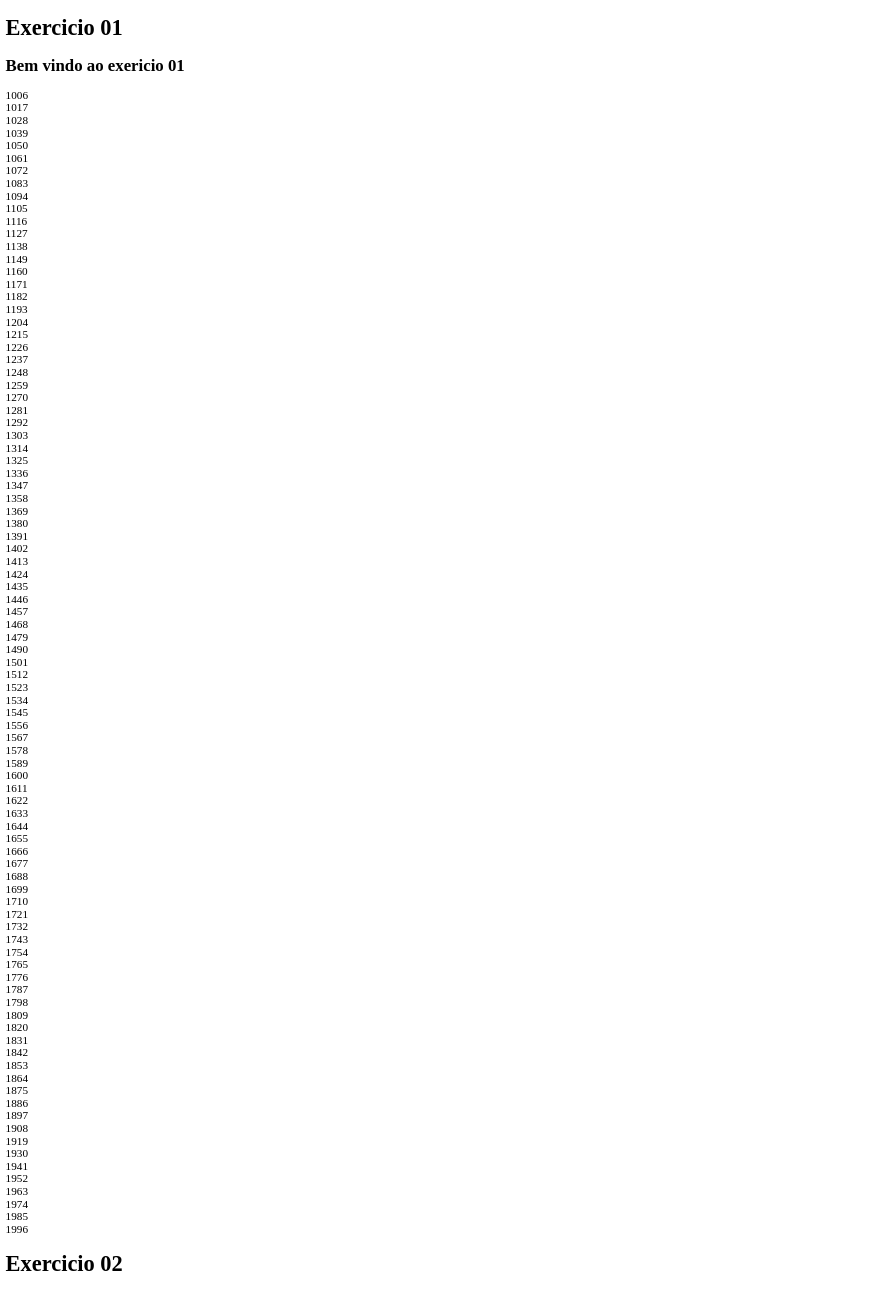
Repository: Fabio2000/Faculdade-Projetos
Page: http://localhost/exercicios/Index.jsp
These files come from the project's save history. The page is drawn as it stood at one moment and after the next save; the edit follows.
The browser window is 1280 px wide. The pictures show the whole page, at 70% of full size.
The page is served by Tomcat 9. Other server files are loaded and not shown.

Above is the page before, as saved 2022-09-11 01:54:34.

### exercicios/src/main/webapp/Index.jsp
<%@ page language="java" contentType="text/html; charset=ISO-8859-1"
    pageEncoding="ISO-8859-1"%>
<!DOCTYPE html>
<html>
<head>
<meta charset="ISO-8859-1">
<title>Exericios</title>
</head>
<body>
<div >
<h1>Exercicio 01</h1>
<h2><%String mensage = "Bem vindo ao exericio 01";
	out.println(mensage);
	%></h2>
	<p>

	<%
	for(int i=1000;i<2000;i++) {
	    if (i%11==5)
	    {
	    	out.println(i + "<br />");
	    }
	}

	%></p>
</div>
<div>
<h1>Exercicio 02</h1>
<p>
</p>
</div>
</body>
</html>

After the next save:
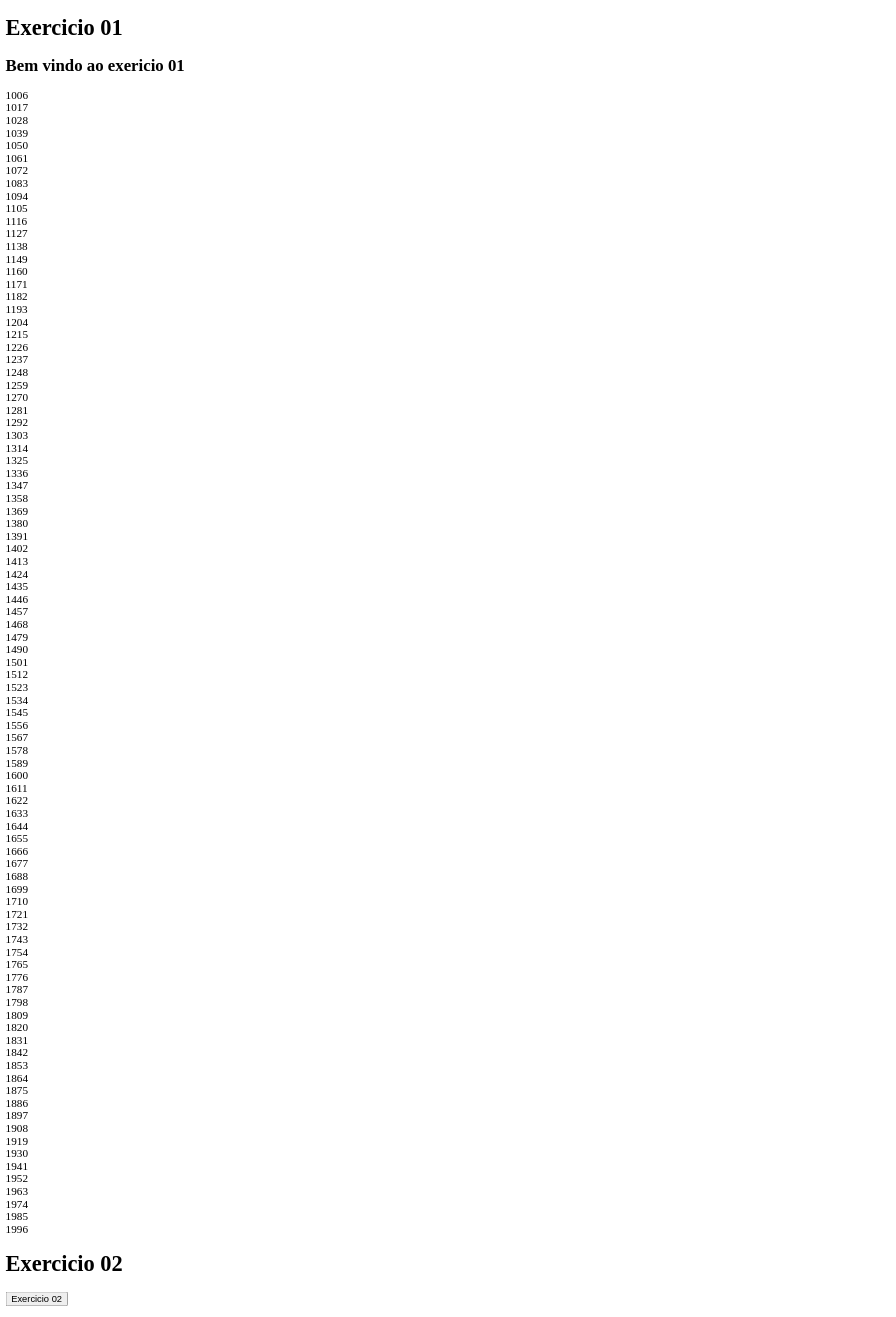
Saved 2 min 34 s later.
--- a/exercicios/src/main/webapp/Index.jsp
+++ b/exercicios/src/main/webapp/Index.jsp
@@ -27,6 +27,7 @@
 <div>
 <h1>Exercicio 02</h1>
 <p>
+<button>Exercicio 02</button>
 </p>
 </div>
 </body>
